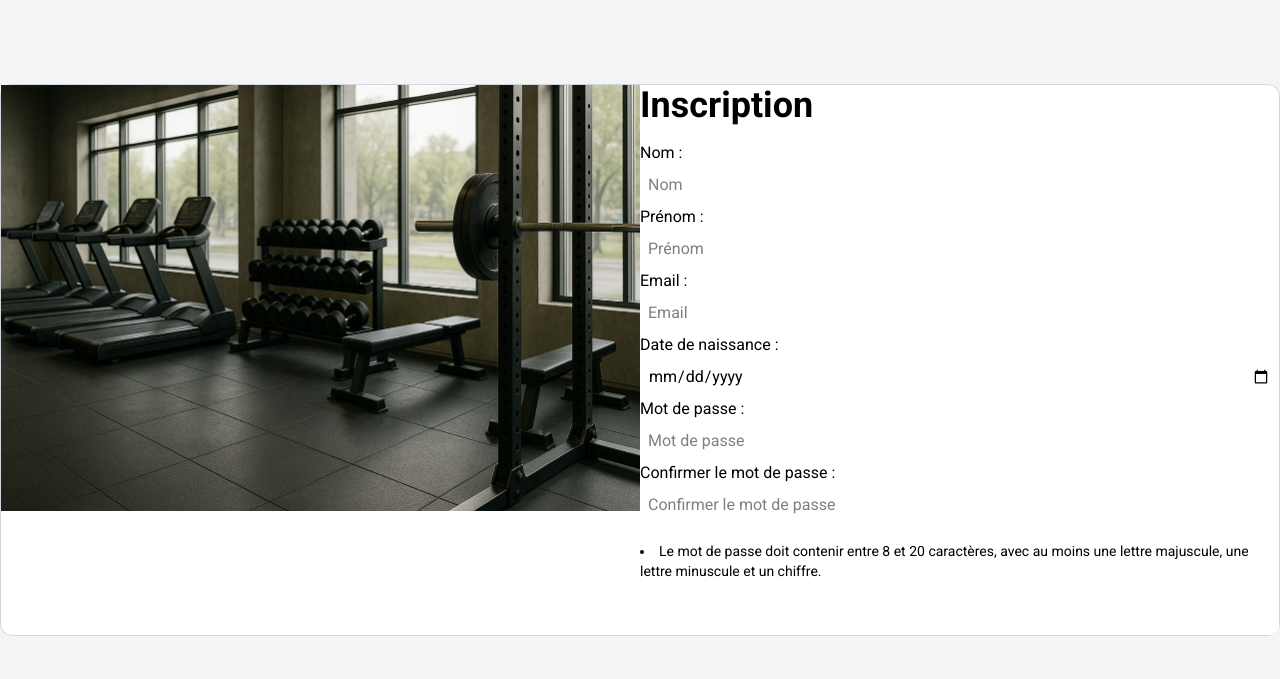
Repository: fahchouchsm/clubSportifWeb
Page: src/pages/inscription.html
The author's editor kept a copy of each file at every save. The page is drawn from the files as they stood at one save, then again after the next save.
The browser window is 1280 px wide. The pictures show the whole page.

Above is the page before, as saved 2025-04-17 19:09:00.

### src/pages/inscription.html
<!doctype html>
<html lang="en">
  <head>
    <meta charset="UTF-8" />
    <meta name="viewport" content="width=device-width, initial-scale=1.0" />
    <link href="../css/output.css" rel="stylesheet" />
    <link rel="stylesheet" href="../css/main.css" />
    <link rel="stylesheet" href="../css/style.css" />
    <title>Inscription</title>
  </head>
  <body>
    <div
      class="flex h-screen w-screen items-center justify-center bg-gray-100 px-24"
    >
      <main
        class="mx-auto flex rounded-xl border border-gray-300 bg-white shadow-lg shadow-gray-400"
      >
        <img
          src="../../public/imgs/salleInterieur.jpeg"
          class="h-full w-1/2 rounded-s-lg object-cover"
          alt=""
        />
        <form
          action="../php/inscription.php"
          method="post"
          class="flex w-1/2 flex-col gap-4 px-8 pt-8"
        >
          <h1 class="text-4xl font-bold">Inscription</h1>
          <!-- inputs -->
          <div class="grid w-full grid-cols-2 gap-4">
            <!-- Nom -->
            <div>
              <label for="nom">Nom :</label>
              <input
                class="input-style"
                type="text"
                name="nom"
                id="nom"
                placeholder="Nom"
                pattern="[a-zA-Z ]{3,30}"
                required
              />
            </div>
            <!-- Prenom -->
            <div>
              <label for="prenom">Prénom :</label>
              <input
                type="text"
                class="input-style"
                name="prenom"
                placeholder="Prénom"
                pattern="[a-zA-Z ]{3,30}"
                id="prenom"
                required
              />
            </div>
            <!-- Email -->
            <div class="col-span-2">
              <label for="email">Email :</label>
              <input
                type="email"
                class="input-style"
                name="email"
                placeholder="Email"
                pattern="[a-zA-Z0-9._%+-]+@[a-zA-Z0-9.-]+\.[a-zA-Z]{2,}"
                id="email"
                required
              />
            </div>
            <!-- Date de naissance -->
            <div class="col-span-2">
              <label for="date_naissance">Date de naissance :</label>
              <input
                type="date"
                class="input-style"
                name="date_naissance"
                id="date_naissance"
                required
              />
            </div>
            <!-- Mot de passe -->
            <div>
              <label for="pass">Mot de passe :</label>
              <input
                class="input-style"
                type="password"
                name="motdepasse"
                id="pass"
                placeholder="Mot de passe"
                pattern="^(?=.*[a-z])(?=.*[A-Z])(?=.*\d).{8,20}$"
                required
              />
            </div>
            <!-- Confirmer Mot de passe -->
            <div>
              <label for="confPass">Confirmer le mot de passe :</label>
              <input
                type="password"
                class="input-style"
                placeholder="Confirmer le mot de passe"
                pattern="^(?=.*[a-z])(?=.*[A-Z])(?=.*\d).{8,20}$"
                id="confPass"
                required
              />
            </div>
          </div>
          <span class="text-sm text-gray-500">
            <li>
              Le mot de passe doit contenir entre 8 et 20 caractères, avec au
              moins une lettre majuscule, une lettre minuscule et un chiffre.
            </li>
          </span>
          <span class="text-sm text-red-500" id="passwordError"
            >Les mots de passe ne correspondent pas.</span
          >
          <button
            type="submit"
            class="ml-auto rounded bg-gray-500 px-4 py-2 text-white"
          >
            S'inscrire
          </button>
        </form>
      </main>
    </div>
    <script>
      document.addEventListener("DOMContentLoaded", () => {
        const form = document.querySelector("form");
        const passInput = document.getElementById("pass");
        const confPassInput = document.getElementById("confPass");
        const errorSpan = document.getElementById("passwordError");

        errorSpan.style.display = "none";

        form.addEventListener("submit", (e) => {
          if (passInput.value !== confPassInput.value) {
            e.preventDefault();
            errorSpan.style.display = "inline";
          } else {
            errorSpan.style.display = "none";
          }
        });
      });
    </script>
    <script src="../js/style.js"></script>
  </body>
</html>

### src/css/main.css
@import url("https://fonts.googleapis.com/css2?family=Roboto:wght@400;700&display=swap");

body {
  font-family: "Roboto", sans-serif;
}

### src/css/style.css
/* styles.css */
.input-style {
  @apply block w-full rounded-lg border-2 border-gray-300 p-2 focus:border-blue-500 focus:outline-none;
}

Loaded but not shown: src/js/style.js (39 lines, source omitted); src/css/output.css (1058 lines, source omitted)

After the next save:
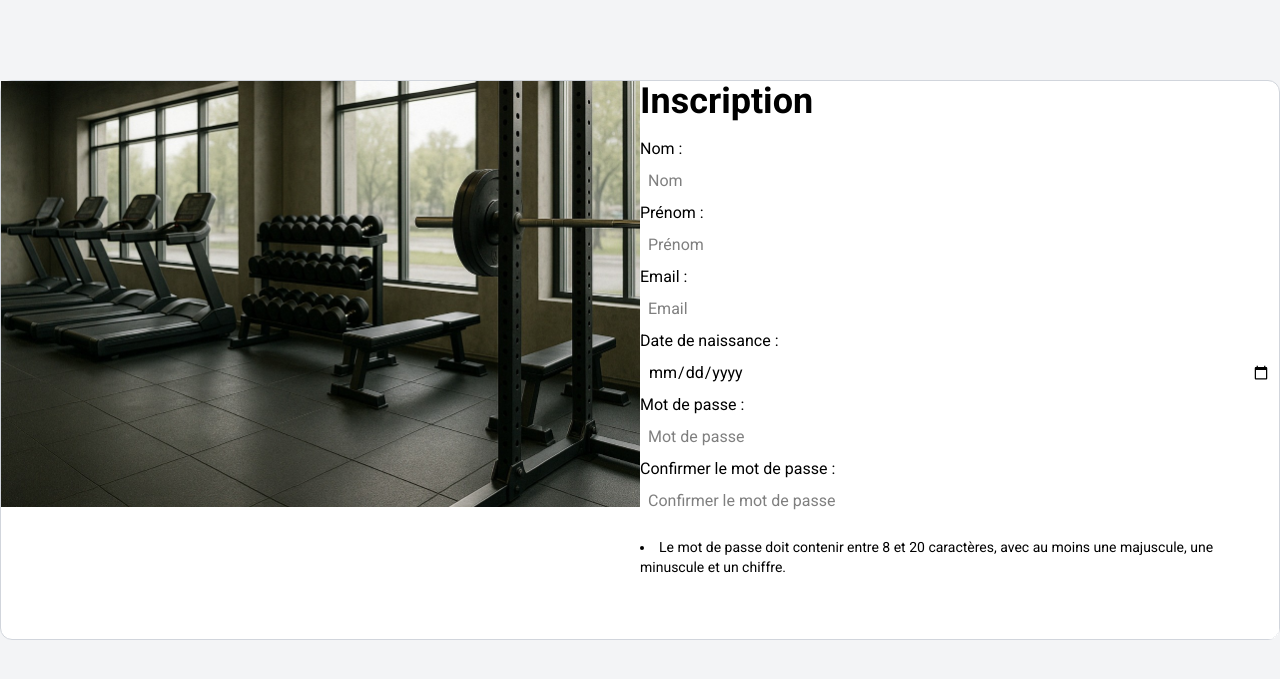
Saved 14 s later.
--- a/src/pages/inscription.html
+++ b/src/pages/inscription.html
@@ -1,5 +1,5 @@
 <!doctype html>
-<html lang="en">
+<html lang="fr">
   <head>
     <meta charset="UTF-8" />
     <meta name="viewport" content="width=device-width, initial-scale=1.0" />
@@ -18,15 +18,17 @@
         <img
           src="../../public/imgs/salleInterieur.jpeg"
           class="h-full w-1/2 rounded-s-lg object-cover"
-          alt=""
+          alt="Image salle"
         />
+
         <form
           action="../php/inscription.php"
           method="post"
           class="flex w-1/2 flex-col gap-4 px-8 pt-8"
         >
           <h1 class="text-4xl font-bold">Inscription</h1>
-          <!-- inputs -->
+
+          <!-- 🔥 Inputs Area -->
           <div class="grid w-full grid-cols-2 gap-4">
             <!-- Nom -->
             <div>
@@ -41,7 +43,8 @@
                 required
               />
             </div>
-            <!-- Prenom -->
+
+            <!-- Prénom -->
             <div>
               <label for="prenom">Prénom :</label>
               <input
@@ -54,21 +57,23 @@
                 required
               />
             </div>
+
             <!-- Email -->
-            <div class="col-span-2">
+            <div>
               <label for="email">Email :</label>
               <input
                 type="email"
                 class="input-style"
                 name="email"
                 placeholder="Email"
+                id="email"
                 pattern="[a-zA-Z0-9._%+-]+@[a-zA-Z0-9.-]+\.[a-zA-Z]{2,}"
-                id="email"
                 required
               />
             </div>
+
             <!-- Date de naissance -->
-            <div class="col-span-2">
+            <div>
               <label for="date_naissance">Date de naissance :</label>
               <input
                 type="date"
@@ -78,6 +83,7 @@
                 required
               />
             </div>
+
             <!-- Mot de passe -->
             <div>
               <label for="pass">Mot de passe :</label>
@@ -91,7 +97,8 @@
                 required
               />
             </div>
-            <!-- Confirmer Mot de passe -->
+
+            <!-- Confirmation mot de passe -->
             <div>
               <label for="confPass">Confirmer le mot de passe :</label>
               <input
@@ -104,24 +111,32 @@
               />
             </div>
           </div>
+
+          <!-- 🤓 Tips -->
           <span class="text-sm text-gray-500">
             <li>
               Le mot de passe doit contenir entre 8 et 20 caractères, avec au
-              moins une lettre majuscule, une lettre minuscule et un chiffre.
+              moins une majuscule, une minuscule et un chiffre.
             </li>
           </span>
-          <span class="text-sm text-red-500" id="passwordError"
-            >Les mots de passe ne correspondent pas.</span
-          >
+
+          <!-- ❌ Password error -->
+          <span class="text-sm text-red-500" id="passwordError">
+            Les mots de passe ne correspondent pas.
+          </span>
+
+          <!-- 👊 Bouton -->
           <button
             type="submit"
-            class="ml-auto rounded bg-gray-500 px-4 py-2 text-white"
+            class="mt-2 ml-auto rounded bg-gray-700 px-4 py-2 text-white hover:bg-gray-800"
           >
             S'inscrire
           </button>
         </form>
       </main>
     </div>
+
+    <!-- 🧠 JS: Validation passwords match -->
     <script>
       document.addEventListener("DOMContentLoaded", () => {
         const form = document.querySelector("form");
@@ -141,6 +156,7 @@
         });
       });
     </script>
+
     <script src="../js/style.js"></script>
   </body>
 </html>

After the save that followed:
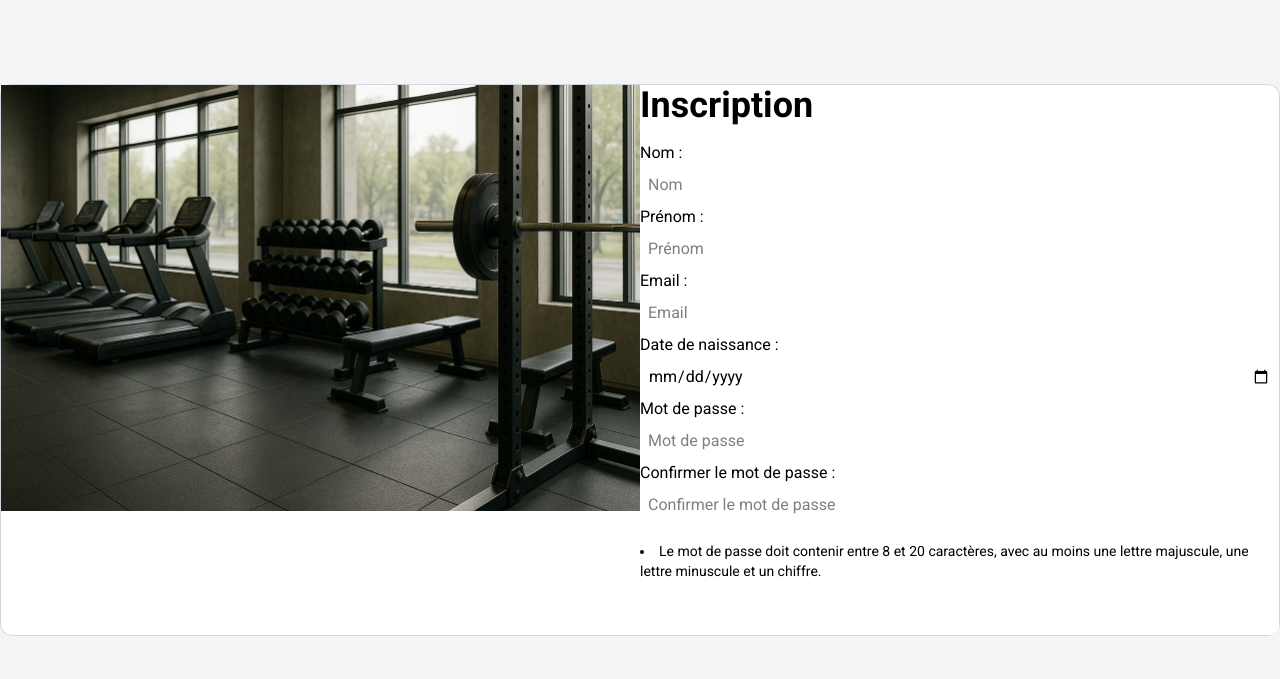
Saved 8 s later.
--- a/src/pages/inscription.html
+++ b/src/pages/inscription.html
@@ -1,5 +1,5 @@
 <!doctype html>
-<html lang="fr">
+<html lang="en">
   <head>
     <meta charset="UTF-8" />
     <meta name="viewport" content="width=device-width, initial-scale=1.0" />
@@ -18,17 +18,15 @@
         <img
           src="../../public/imgs/salleInterieur.jpeg"
           class="h-full w-1/2 rounded-s-lg object-cover"
-          alt="Image salle"
+          alt=""
         />
-
         <form
           action="../php/inscription.php"
           method="post"
           class="flex w-1/2 flex-col gap-4 px-8 pt-8"
         >
           <h1 class="text-4xl font-bold">Inscription</h1>
-
-          <!-- 🔥 Inputs Area -->
+          <!-- inputs -->
           <div class="grid w-full grid-cols-2 gap-4">
             <!-- Nom -->
             <div>
@@ -43,8 +41,7 @@
                 required
               />
             </div>
-
-            <!-- Prénom -->
+            <!-- Prenom -->
             <div>
               <label for="prenom">Prénom :</label>
               <input
@@ -57,23 +54,21 @@
                 required
               />
             </div>
-
             <!-- Email -->
-            <div>
+            <div class="col-span-2">
               <label for="email">Email :</label>
               <input
                 type="email"
                 class="input-style"
                 name="email"
                 placeholder="Email"
+                pattern="[a-zA-Z0-9._%+-]+@[a-zA-Z0-9.-]+\.[a-zA-Z]{2,}"
                 id="email"
-                pattern="[a-zA-Z0-9._%+-]+@[a-zA-Z0-9.-]+\.[a-zA-Z]{2,}"
                 required
               />
             </div>
-
             <!-- Date de naissance -->
-            <div>
+            <div class="col-span-2">
               <label for="date_naissance">Date de naissance :</label>
               <input
                 type="date"
@@ -83,7 +78,6 @@
                 required
               />
             </div>
-
             <!-- Mot de passe -->
             <div>
               <label for="pass">Mot de passe :</label>
@@ -97,8 +91,7 @@
                 required
               />
             </div>
-
-            <!-- Confirmation mot de passe -->
+            <!-- Confirmer Mot de passe -->
             <div>
               <label for="confPass">Confirmer le mot de passe :</label>
               <input
@@ -111,32 +104,24 @@
               />
             </div>
           </div>
-
-          <!-- 🤓 Tips -->
           <span class="text-sm text-gray-500">
             <li>
               Le mot de passe doit contenir entre 8 et 20 caractères, avec au
-              moins une majuscule, une minuscule et un chiffre.
+              moins une lettre majuscule, une lettre minuscule et un chiffre.
             </li>
           </span>
-
-          <!-- ❌ Password error -->
-          <span class="text-sm text-red-500" id="passwordError">
-            Les mots de passe ne correspondent pas.
-          </span>
-
-          <!-- 👊 Bouton -->
+          <span class="text-sm text-red-500" id="passwordError"
+            >Les mots de passe ne correspondent pas.</span
+          >
           <button
             type="submit"
-            class="mt-2 ml-auto rounded bg-gray-700 px-4 py-2 text-white hover:bg-gray-800"
+            class="ml-auto rounded bg-gray-500 px-4 py-2 text-white"
           >
             S'inscrire
           </button>
         </form>
       </main>
     </div>
-
-    <!-- 🧠 JS: Validation passwords match -->
     <script>
       document.addEventListener("DOMContentLoaded", () => {
         const form = document.querySelector("form");
@@ -156,7 +141,6 @@
         });
       });
     </script>
-
     <script src="../js/style.js"></script>
   </body>
 </html>
